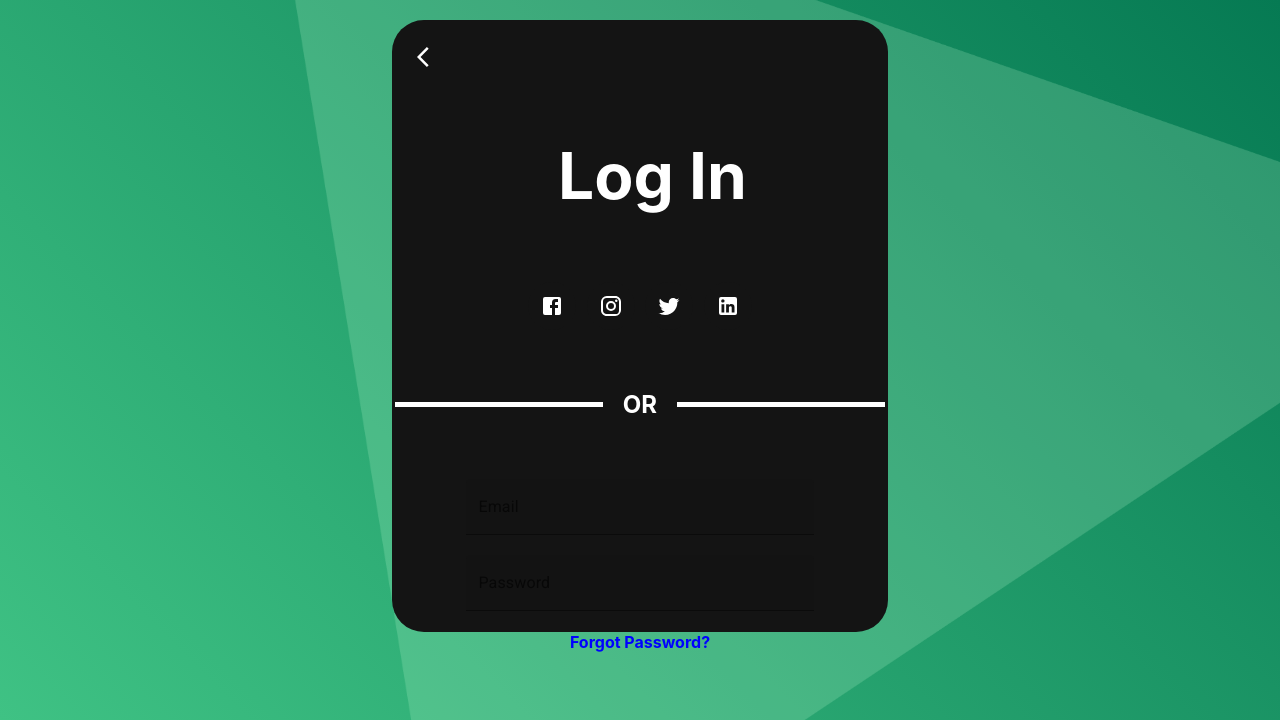
Repository: wilyyy/John
Page: /login (app in john-app/)
The author's editor kept a copy of each file at every save. The page is drawn from the files as they stood at one save, then again after the next save.
The browser window is 1280 px wide. The pictures show the whole page.
The project was rebuilt for these pictures with package versions that can differ from the ones it lists, and the page was loaded fresh each time. The framework's server and built-in components were replaced by stand-ins that run in the browser. Also part of the build but not shown: john-app/next.config.js.

Above is the page before, as saved 2021-10-07 22:18:39.

### john-app/pages/login.js
import Button from "@/Components/Button";
import styled from 'styled-components';
import Image from 'next/image'
import SocialMediaIcon from "@/Components/SocialMediaIcon";
import { TextField } from "@mui/material";
import styles from '@/styles/Home.module.css';
import ArrowBackIosIcon from '@mui/icons-material/ArrowBackIos';
import {useRouter} from 'next/router';
import BackButton from "@/Components/BackButton";

const MainCont = styled.div
`
    display: flex;
    flex-direction: column;
    align-items: center;
    width: 100vw;
    height: 100vh;
    background: linear-gradient(225deg, #067A53, #3FC284);
    padding: 20px;
    overflow: hidden;
    position: relative;
    z-index: -2;
`

const LoginContainer = styled.div `
    display: flex;
    flex-direction: column;
    align-items: center;
    background-color: #141414;
    height: 90%;
    width: 40%;
    border-radius: 32px;
`;

const LoginHeaderContainer = styled.div`
    display: flex;
    flex-direction: row;
    width: 100%;
    justify-content: center;
    padding-left: 25px;
`;

const LoginHeader = styled.h1`
    font-size: 4rem;
    color: white;
    padding: 25px;
`

const BreakLineCont = styled.div`
display: flex;
flex-direction: row;
justify-content: center;
align-items: center;
`

const TheWordOR = styled.h2`
color: #FFFFFF;
padding-left: 20px;
padding-right: 20px;
`

const LogInFormCont = styled.div`
    display: flex;
    flex-direction: column;
    justify-content: center;
    width: 70%;
`

const Spacer = styled.div`
    padding: 10px;
`

const FatWhiteLine = styled.div`
display: flex;
height: 5px;
width: 13rem;
background-color: #FFFFFF;
justify-content: row;
`

const ForgotPass = styled.h4`
color: blue;
`;

const Dorito = styled.img
`
    width: 1600px;
    height: 1300px;
    bottom: -400px;
    right: -200px;
    position: absolute;
    z-index: -1;
`;

export default function Login(){
    const router = useRouter();
    return (
        <MainCont>
            <Dorito src="/dorito.png"/>
        <LoginContainer>
            <BackButton />
            <LoginHeaderContainer>
                <LoginHeader>Log In</LoginHeader>
            </LoginHeaderContainer>
            <SocialMediaIcon />
            <Spacer/>
            <Spacer/>
            <BreakLineCont>
            <FatWhiteLine />
                <TheWordOR>OR</TheWordOR>
            <FatWhiteLine />
            </BreakLineCont>
            <Spacer />
            <Spacer />
            <LogInFormCont>
                <TextField fullWidth label="Email" id="fullWidth" variant="filled" className={styles.ImBlacked}/>
                <Spacer />
                <TextField fullWidth label="Password" type="password" id="fullWidth" variant="filled" className={styles.ImBlacked}/>
            </LogInFormCont>
            <ForgotPass>Forgot Password?</ForgotPass>
            <Spacer />
            <Spacer />
            <Spacer />
            <Spacer />
            <Button text="Continue" routeTo="/calendar"/>
        </LoginContainer>
        </MainCont>
    )
}

### john-app/styles/globals.css
@import url('https://fonts.googleapis.com/css2?family=Roboto&family=Ubuntu:wght@300&display=swap');
@import url('https://fonts.googleapis.com/css2?family=Lora&display=swap');
/* Ubuntu and Roboto and Lora Font */

html,
body {
  padding: 0;
  margin: 0;
  font-family: -apple-system, BlinkMacSystemFont, Segoe UI, Roboto, Oxygen,
    Ubuntu, Cantarell, Fira Sans, Droid Sans, Helvetica Neue, sans-serif;
}

a {
  color: inherit;
  text-decoration: none;
}

* {
  box-sizing: border-box;
}

### john-app/Components/Button/index.js
import styled from 'styled-components';
import {useRouter} from 'next/router';
import React, {useState} from 'react';

const ButtonCont = styled.button`
    display: flex;
    justify-content: center;
    align-items: center;
    width: ${props=>props.width};
    height: ${props=>props.height};
    background-color: ${props=>props.bgcolor};
    color: #ffffff;
    border-radius: ${props=>props.borderradius};
    border: none;
    filter: drop-shadow(0px 4px 4px rgba(0, 0, 0, 0.35));
    font-size: ${props=>props.fontsize};
`;

const ButtonText = styled.div`
    display: flex;
    color: #ffffff;
    font-family: 'Roboto', sans-serif;
`;

const Button = ({
    width = "20rem",
    height = "5rem",
    text = "Begin",
    borderradius = "1rem",
    bgcolor = "#FF7A00",
    fontsize = "3rem",
    routeTo="/calendar"
}) =>{
    const router = useRouter();
    return <ButtonCont
        width = {width}
        height = {height}
        text = {text}
        borderradius = {borderradius}
        bgcolor = {bgcolor}
        fontsize = {fontsize}
        onClick={()=>router.push(routeTo)}
    >
        <ButtonText>{text}</ButtonText>
    </ButtonCont>
}

export default Button;

### john-app/Components/SocialMediaIcon/index.js
import styled from 'styled-components';
import FacebookIcon from '@mui/icons-material/Facebook';
import InstagramIcon from '@mui/icons-material/Instagram';
import TwitterIcon from '@mui/icons-material/Twitter';
import LinkedInIcon from '@mui/icons-material/LinkedIn';
import styles from '@/styles/Home.module.css'


const SocialMediaCont = styled.div`
    display: flex;
    width: 14rem;
    height: 3rem;
    justify-content: space-between;
`;

const SocialMediaIconCont = styled.div`
    display: flex;
    justify-content: center;
    align-items: center;
    width: 3rem;
    height: 3rem;
    border-radius: 25rem;
    background-color: #141414;
`;


const SocialMediaIcon = ({
}) => {
    return <SocialMediaCont>
        <SocialMediaIconCont>
            <FacebookIcon className={styles.icon}/>
        </SocialMediaIconCont>
        <SocialMediaIconCont>
            <InstagramIcon className={styles.icon}/>
        </SocialMediaIconCont>
        <SocialMediaIconCont>
            <TwitterIcon className={styles.icon}/>
        </SocialMediaIconCont>
        <SocialMediaIconCont>
            <LinkedInIcon className={styles.icon}/>
        </SocialMediaIconCont>
    </SocialMediaCont>
}

export default SocialMediaIcon;

### john-app/styles/Home.module.css
.container {
  min-height: 100vh;
  padding: 0 0.5rem;
  display: flex;
  flex-direction: column;
  justify-content: center;
  align-items: center;
  height: 100vh;
}

.main {
  padding: 5rem 0;
  flex: 1;
  display: flex;
  flex-direction: column;
  justify-content: center;
  align-items: center;
}

.footer {
  width: 100%;
  height: 100px;
  border-top: 1px solid #eaeaea;
  display: flex;
  justify-content: center;
  align-items: center;
}

.footer a {
  display: flex;
  justify-content: center;
  align-items: center;
  flex-grow: 1;
}

.title a {
  color: #0070f3;
  text-decoration: none;
}

.title a:hover,
.title a:focus,
.title a:active {
  text-decoration: underline;
}

.title {
  margin: 0;
  line-height: 1.15;
  font-size: 4rem;
}

.title,
.description {
  text-align: center;
}

.description {
  line-height: 1.5;
  font-size: 1.5rem;
}

.code {
  background: #fafafa;
  border-radius: 5px;
  padding: 0.75rem;
  font-size: 1.1rem;
  font-family: Menlo, Monaco, Lucida Console, Liberation Mono, DejaVu Sans Mono,
    Bitstream Vera Sans Mono, Courier New, monospace;
}

.grid {
  display: flex;
  align-items: center;
  justify-content: center;
  flex-wrap: wrap;
  max-width: 800px;
  margin-top: 3rem;
}

.card {
  margin: 1rem;
  padding: 1.5rem;
  text-align: left;
  color: inherit;
  text-decoration: none;
  border: 1px solid #eaeaea;
  border-radius: 10px;
  transition: color 0.15s ease, border-color 0.15s ease;
  width: 45%;
}

.card:hover,
.card:focus,
.card:active {
  color: #0070f3;
  border-color: #0070f3;
}

.card h2 {
  margin: 0 0 1rem 0;
  font-size: 1.5rem;
}

.card p {
  margin: 0;
  font-size: 1.25rem;
  line-height: 1.5;
}

.logo {
  height: 1em;
  margin-left: 0.5rem;
}

.icon{
  color: #fff;
}

@media (max-width: 600px) {
  .grid {
    width: 100%;
    flex-direction: column;
  }
}

### john-app/Components/BackButton/index.js
import styled from 'styled-components';
import ArrowBackIosIcon from '@mui/icons-material/ArrowBackIos';
import {useRouter} from 'next/router';
import styles from '@/styles/Home.module.css';



const BackButtCont = styled.div`
    display: flex;
    width: 100%;
    justify-content: flex-start;
    padding-top: 25px;
    padding-left: 25px;
`;

const BackButton = ({
    backRoute = "/"
}) => {
    const router = useRouter();
    return <BackButtCont onClick={()=>router.push(backRoute)}>
        <ArrowBackIosIcon className={styles.icon} />
    </BackButtCont>
}

export default BackButton;

Loaded but not shown: john-app/pages/_app.js (common file); john-app/pages/_document.js (common file)

After the next save:
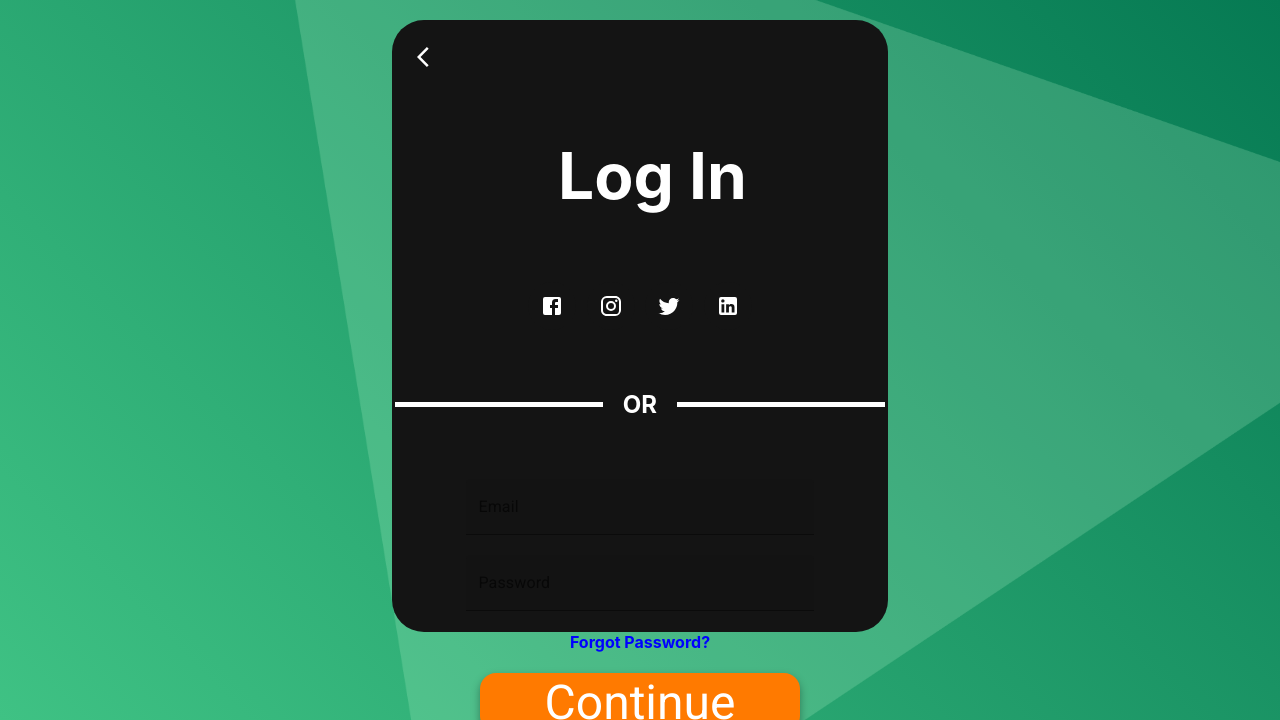
Saved 2 min 4 s later.
--- a/john-app/pages/login.js
+++ b/john-app/pages/login.js
@@ -25,6 +25,7 @@ const MainCont = styled.div
 const LoginContainer = styled.div `
     display: flex;
     flex-direction: column;
+    justify-content: space-around;
     align-items: center;
     background-color: #141414;
     height: 90%;
@@ -118,10 +119,6 @@ export default function Login(){
                 <TextField fullWidth label="Password" type="password" id="fullWidth" variant="filled" className={styles.ImBlacked}/>
             </LogInFormCont>
             <ForgotPass>Forgot Password?</ForgotPass>
-            <Spacer />
-            <Spacer />
-            <Spacer />
-            <Spacer />
             <Button text="Continue" routeTo="/calendar"/>
         </LoginContainer>
         </MainCont>
